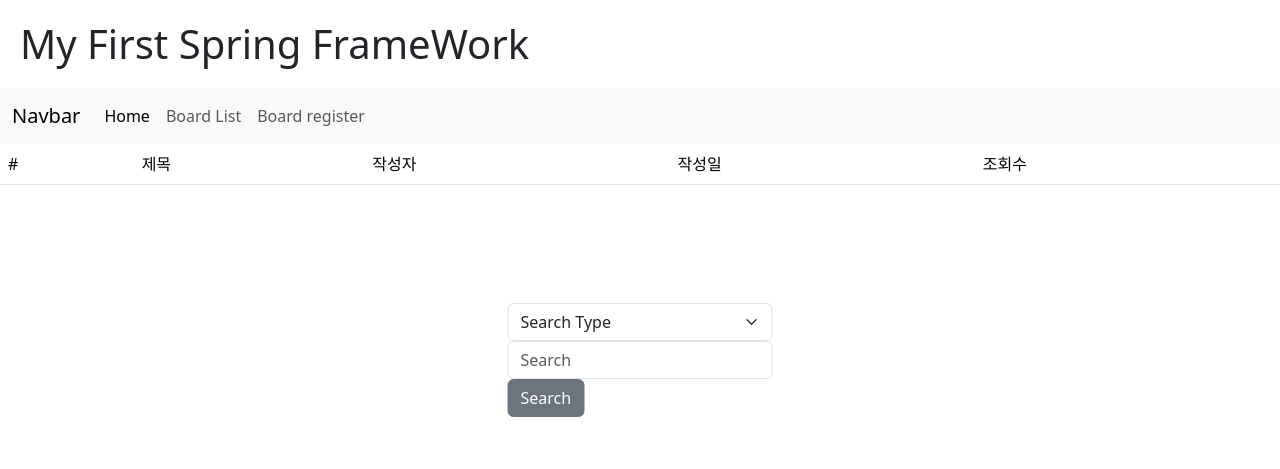
Repository: Leesunghoon1/springh
Page: http://localhost/springProject/WEB-INF/views/board/list.jsp
An editor plug-in stored every save of this project. The page is shown before and after the next save, followed by the edit.
The browser window is 1280 px wide. The pictures show the whole page.
The page is served by Tomcat 9. Nobody is signed in. The template is opened directly, without the code that normally fills it, so the values that code supplies are empty.

Above is the page before, as saved 2023-11-02 10:07:49.

After the next save:
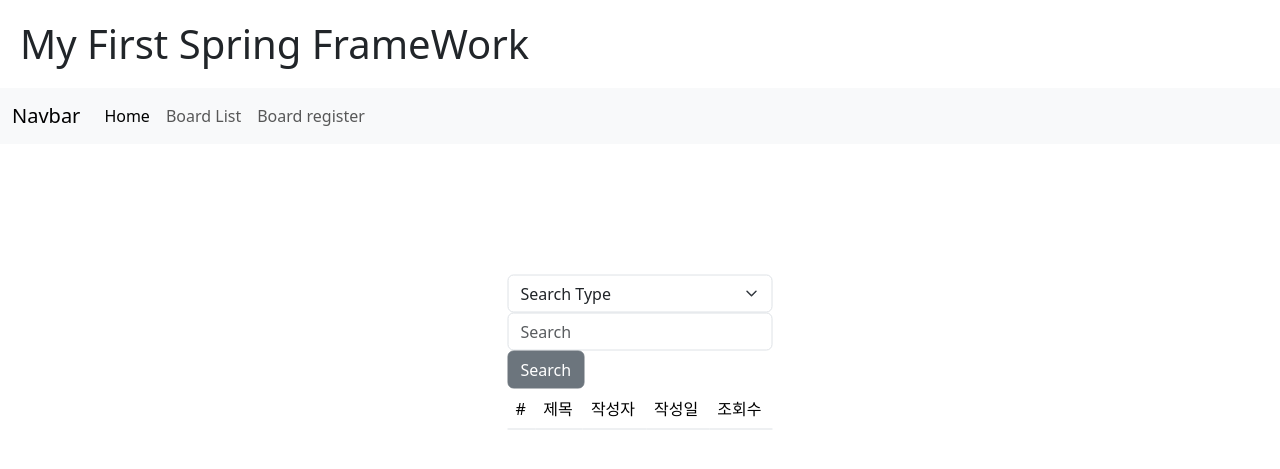
Saved 23 s later.
--- a/springProject/src/main/webapp/WEB-INF/views/board/list.jsp
+++ b/springProject/src/main/webapp/WEB-INF/views/board/list.jsp
@@ -52,6 +52,34 @@
 				</div>
 			</div>
 		</form>
+
+		<table class="table table=hover">
+		<tr>
+			<td>#</td>
+			<td>제목</td>
+			<td>작성자</td>
+			<td>작성일</td>
+			<td>조회수</td>
+		</tr>
+
+		<c:forEach items="${list }" var="bvo">
+			<tr>
+				<td>${bvo.bno }</td>
+				<td><a href="/board/detail?bno=${bvo.bno }">${bvo.title }</a></td>
+				<td>${bvo.writer }</td>
+				<td>${bvo.modAt }</td>
+				<td>${bvo.readCount }</td>
+
+			</tr>
+		</c:forEach>
+
+
+
+	</tablE>
+
+
+
+
 	</div>
 
 
@@ -93,29 +121,6 @@
 
 
 
-	<table class="table table=hover">
-		<tr>
-			<td>#</td>
-			<td>제목</td>
-			<td>작성자</td>
-			<td>작성일</td>
-			<td>조회수</td>
-		</tr>
-
-		<c:forEach items="${list }" var="bvo">
-			<tr>
-				<td>${bvo.bno }</td>
-				<td><a href="/board/detail?bno=${bvo.bno }">${bvo.title }</a></td>
-				<td>${bvo.writer }</td>
-				<td>${bvo.modAt }</td>
-				<td>${bvo.readCount }</td>
-
-			</tr>
-		</c:forEach>
-
-
-
-	</tablE>
 
 	<jsp:include page="../common/footer.jsp" />
 </body>
